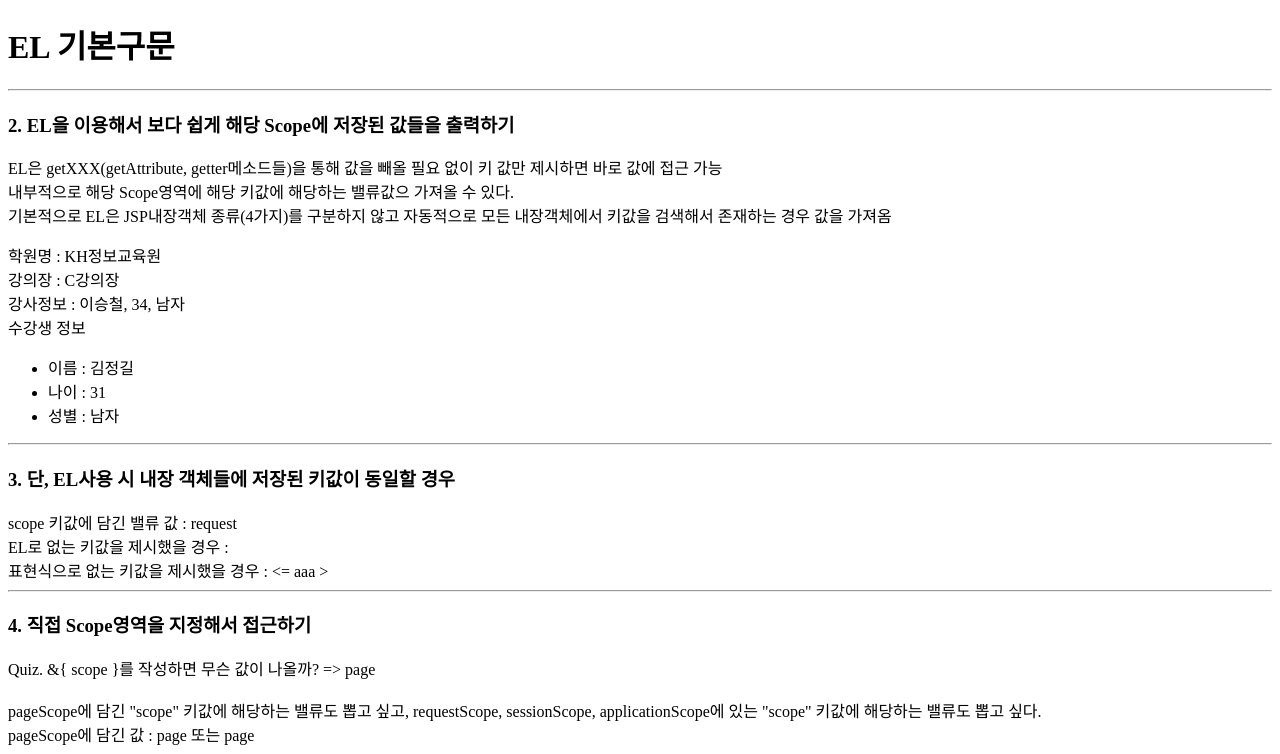
Repository: DonghwanSon1/ajax-jsp-study
Page: http://localhost/ActionProject/el.do
An editor plug-in stored every save of this project. The page is shown before and after the next save, followed by the edit.
The browser window is 1280 px wide. The pictures show the whole page.
The page is served by Tomcat 9.

Above is the page before, as saved 2022-07-12 01:45:02.

### ActionProject/WebContent/views/1_EL/01_el.jsp
<%@ page language="java" contentType="text/html; charset=UTF-8"
    pageEncoding="UTF-8"%>
<%@ page import="com.kh.model.vo.Person" %>
<!DOCTYPE html>
<html>
<head>
<meta charset="UTF-8">
<title>el페이지</title>
</head>
<body>

	<h1>EL 기본구문</h1>
	<%--
	<h3>1. 기존 방식대로 스크립틀릿과 표현식을 이용해서 각 영역에 담겨있는 값 뽑아서 화면에 출력</h3>

	<%
		// requestScope에 담긴 값 뽑기 => classRoom, student
		String classRoom = (String)request.getAttribute("classRoom");
		Person student = (Person)request.getAttribute("student");

		// sessionScope에 담긴 값 뽑기 => academy, teacher
		String academy = (String)session.getAttribute("academy");
		Person teacher = (Person)session.getAttribute("teacher");

	%>


	<p>
		학원명 : <%= academy %> <br>
		강의장 : <%= classRoom	 %> <br>
		강사정보 : <%= teacher.getName() %>, <%= teacher.getAge() %>, <%= teacher.getGender() %> <br>

		수강생 정보 <br>
		<ul>
			<li>이름 : <%= student.getName() %></li>
			<li>나이 : <%= student.getAge() %></li>
			<li>성별 : <%= student.getGender() %></li>
		</ul>
	</p>
	--%>

	<hr>

	<h3>2. EL을 이용해서 보다 쉽게 해당 Scope에 저장된 값들을 출력하기</h3>

	<p>
		EL은 getXXX(getAttribute, getter메소드들)을 통해 값을 빼올 필요 없이 키 값만 제시하면 바로 값에 접근 가능 <br>
		내부적으로 해당 Scope영역에 해당 키값에 해당하는 밸류값으 가져올 수 있다.<br>
		기본적으로 EL은 JSP내장객체 종류(4가지)를 구분하지 않고 자동적으로 모든 내장객체에서 키값을 검색해서 존재하는 경우 값을 가져옴
	</p>

	<p>
		학원명 : ${ academy } <br>
		강의장 : ${ classRoom } <br>
		강사정보 : ${ teacher.name }, ${ teacher.age }, ${ teacher.gender } <br>

		수강생 정보
		<ul>
			<li>이름 : ${ student.name }</li>
			<li>나이 : ${ student.age }</li>
			<li>성별 : ${ student.gender }</li>
		</ul>

		<!--
			필드값에 직접접근한걸까??
			teacher에 접근했을 때 벨류값을 Person타입 객체이다.
			해당 Person객체에 각 필드에 담긴 값을 출력하고자 한다면 키값.필드명으로 접근하면됌
			내부적으로 getter메서드를 찾아서 호출이 되서 값을 가져오는 구조
			=> 항상 명심해야할 사항 : getter메서드를 항상 만들어줘야함
		-->
	</p>
	<hr>

	<h3>3. 단, EL사용 시 내장 객체들에 저장된 키값이 동일할 경우 </h3>
	scope 키값에 담긴 밸류 값 : ${ scope } <br> <!-- request라고 찍힘 -->

	<!--
		EL은 공유범위가 가장 작은  Scope에서부터 해당 키값을 검색함
		page => request => session => application 순으로 키값을 찾음

		만약에 모든 영역에서 해당 키에 대한 값을 못찾았을 경우 ??
		=> 아무것도 출력 안됌 (오류 안남)
	 -->

	EL로 없는 키값을 제시했을 경우 : ${ aaa } <br>
	표현식으로 없는 키값을 제시했을 경우 : &lt;= aaa &gt; <br> <!-- 500 에러 발생 -->

	<hr>

	<h3>4. 직접 Scope영역을 지정해서 접근하기</h3>

	<%
		// pageScope에 담기
		pageContext.setAttribute("scope", "page");
	%>

	Quiz. &{ scope }를 작성하면 무슨 값이 나올까? => page <br><br>

	pageScope에 담긴 "scope" 키값에 해당하는 밸류도 뽑고 싶고,
	requestScope, sessionScope, applicationScope에 있는 "scope" 키값에 해당하는 밸류도 뽑고 싶다. <br>

	pageScope에 담긴 값 : ${ scope } 또는 ${ pageScope.scope } <br>







</body>
</html>

### ActionProject/src/com/kh/controller/ELServlet.java
package com.kh.controller;

import java.io.IOException;

import javax.servlet.RequestDispatcher;
import javax.servlet.ServletContext;
import javax.servlet.ServletException;
import javax.servlet.annotation.WebServlet;
import javax.servlet.http.HttpServlet;
import javax.servlet.http.HttpServletRequest;
import javax.servlet.http.HttpServletResponse;
import javax.servlet.http.HttpSession;

import com.kh.model.vo.Person;

/**
 * Servlet implementation class ELServlet
 */
@WebServlet("/el.do")
public class ELServlet extends HttpServlet {
	private static final long serialVersionUID = 1L;

    /**
     * @see HttpServlet#HttpServlet()
     */
    public ELServlet() {
        super();
        // TODO Auto-generated constructor stub
    }

	/**
	 * @see HttpServlet#doGet(HttpServletRequest request, HttpServletResponse response)
	 */
	protected void doGet(HttpServletRequest request, HttpServletResponse response) throws ServletException, IOException {

		// 그동안 수하물을 담을 때 request, session, application, page에 담았음
		// JSP내장객체(== Scope 내장객체)
		/*
		 * 데이터들을 담을 수 있는 JSP 내장객체 종류 4가지
		 *
		 * 1. ServletContext(application scope)
		 * 한 어플리케이션(웹사이트)당 단 1개 존재하는 객체
		 * 이 영역에 데이터를 담으면 어플리케이션 전역에서 사용 가능
		 * => 공유 범위가 가장 크다.
		 *
		 * 2. HttpSession (session scope)
		 * 한 브라우저당 1개 존재하는 객체
		 * 이 영역에 데이터를 담으면 jsp/servlet단에서 사용 가능
		 * 값이 한번 담기면 서버가 멈추거나, 브라우저가 닫히기 전까지 사용 가능 (로그인 기능)
		 * => 공유범위가 다소 제한적
		 *
		 * 3. HttpServletRequest(request scope)
		 * 요청 및 응답 시 매번 생성되는 객체
		 * 이 영역에 데이터를 담으면 해당 request객체를
		 * 포워딩 받는 응답 jsp에서만 사용 가능
		 * => 공유범위가 해당 요청에 대한 응답 jsp 단 하나뿐(1회성)
		 *
		 * 4. PageContext(page scope)
		 * 현재 그 jsp페이지에서만 사용 가능
		 * => 공유범위가 가장 작음
		 *
		 *
		 * => 위에 객체들에 값을 담을 때는 -> .setAttribute("키","벨류");
		 * 				값을 뽑을 때는 -> .getAttribute("키"); (Object타입으로)
		 * 			      지우고자 할때는 -> .removeAttribute("키");
		 *
		 *
		 */

		// requestScope에 담기
		request.setAttribute("classRoom", "C강의장");
		request.setAttribute("student", new Person("김정길", 31, "남자"));

		// sessionScope에 담기
		HttpSession session = request.getSession();
		session.setAttribute("academy", "KH정보교육원");
		session.setAttribute("teacher", new Person("이승철", 34, "남자"));

		// 항상 키값은 중복X (덮어씌워졌었음)
		// 테스트 : requestScope와 sessionScope에 동일한 키값으로 데이터 담으면??
		request.setAttribute("scope", "request");
		session.setAttribute("scope", "session");

		// applicationScope에 담기
		ServletContext application = request.getSession().getServletContext();
		application.setAttribute("scope", "application");

		// 수하물 다 붙였으면 응답 뷰 지정
		// => 포워딩(파일 경로 제시할 때), 리다이렉션(contextPath로 부터 시작하는 찐 url방식을 요청 보낼 경우)
		RequestDispatcher view = request.getRequestDispatcher("views/1_EL/01_el.jsp");
		view.forward(request, response);














	}

	/**
	 * @see HttpServlet#doPost(HttpServletRequest request, HttpServletResponse response)
	 */
	protected void doPost(HttpServletRequest request, HttpServletResponse response) throws ServletException, IOException {
		// TODO Auto-generated method stub
		doGet(request, response);
	}

}

### ActionProject/src/com/kh/model/vo/Person.java
package com.kh.model.vo;

public class Person {

	private String name;
	private int age;
	private String gender;

	public Person() {}

	public Person(String name, int age, String gender) {
		super();
		this.name = name;
		this.age = age;
		this.gender = gender;
	}

	public String getName() {
		return name;
	}

	public void setName(String name) {
		this.name = name;
	}

	public int getAge() {
		return age;
	}

	public void setAge(int age) {
		this.age = age;
	}

	public String getGender() {
		return gender;
	}

	public void setGender(String gender) {
		this.gender = gender;
	}

	@Override
	public String toString() {
		return "Person [name=" + name + ", age=" + age + ", gender=" + gender + "]";
	}



}

After the next save:
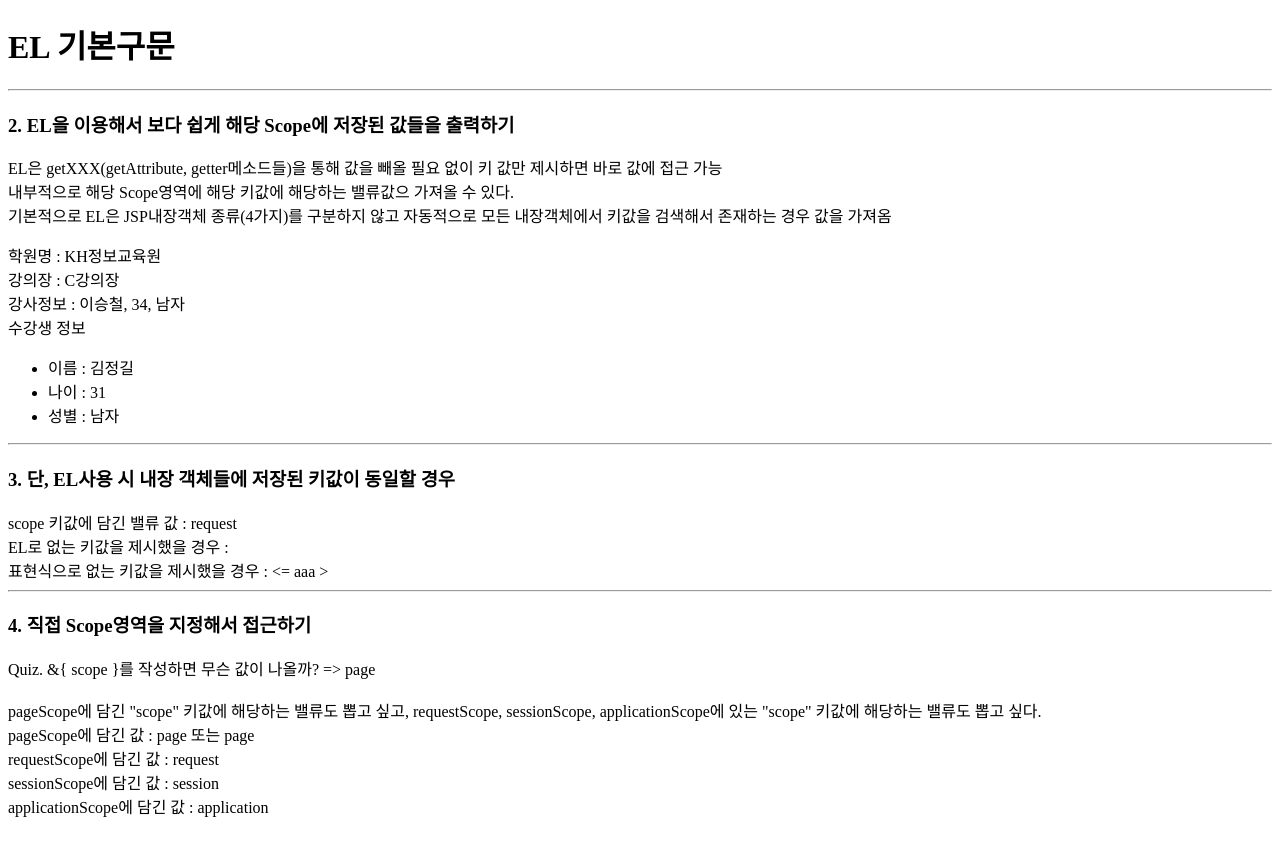
Saved 66 s later.
--- a/ActionProject/WebContent/views/1_EL/01_el.jsp
+++ b/ActionProject/WebContent/views/1_EL/01_el.jsp
@@ -100,6 +100,9 @@
 	requestScope, sessionScope, applicationScope에 있는 "scope" 키값에 해당하는 밸류도 뽑고 싶다. <br>
 
 	pageScope에 담긴 값 : ${ scope } 또는 ${ pageScope.scope } <br>
+	requestScope에 담긴 값 : ${ requestScope.scope } <br>
+	sessionScope에 담긴 값 : ${ sessionScope.scope } <br>
+	applicationScope에 담긴 값 : ${ applicationScope.scope } <br><br>
 
 
 
